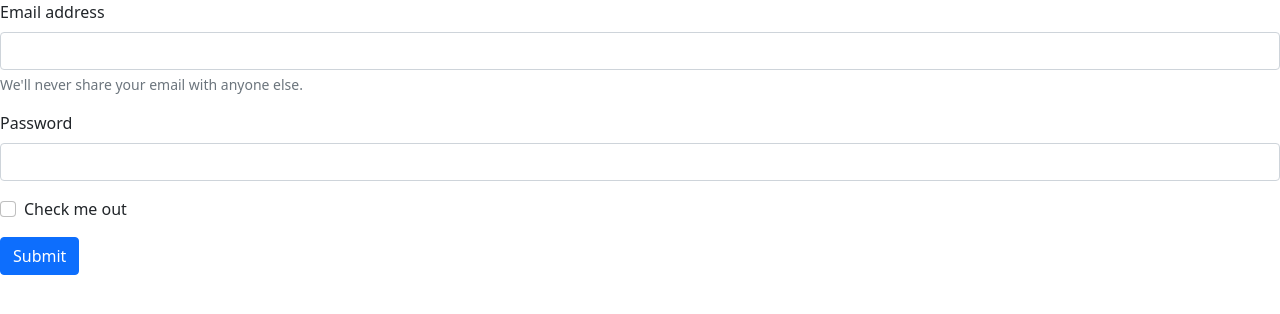
Repository: dilaraozdem1r/BooksApp
Page: /admin
These files come from the project's save history. The page is drawn as it stood at one moment and after the next save; the edit follows.
The browser window is 1280 px wide. The pictures show the whole page.
The page's requests for data from a server got no answer. The project was rebuilt for these pictures with package versions that can differ from the ones it lists, and the page was loaded fresh each time. No one was signed in, and anything a server would have sent is missing. Also part of the build but not shown: src/Components/BookList.js, src/Components/SearchBar.js.

Above is the page before, as saved 2021-08-20 14:20:59.

After the next save:
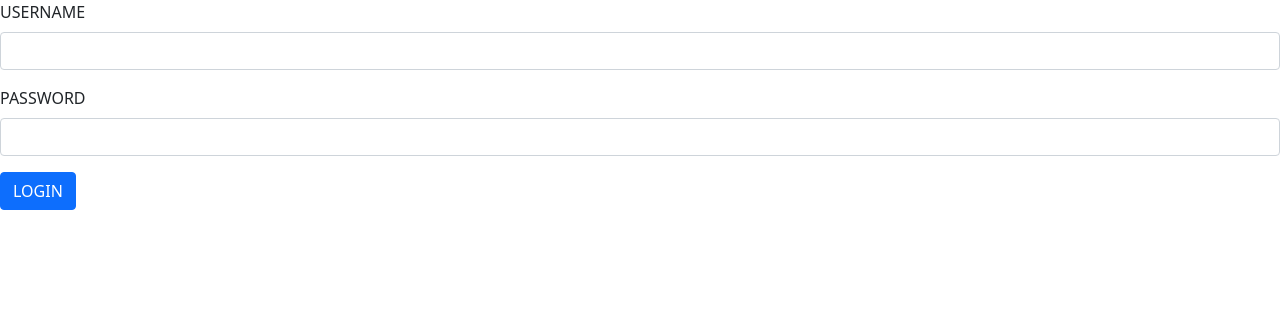
Saved 68 s later.
--- a/src/Components/Admin.js
+++ b/src/Components/Admin.js
@@ -10,19 +10,16 @@ class Admin extends React.Component {
 
                 <form>
   <div class="mb-3">
-    <label for="exampleInputEmail1" class="form-label">Email address</label>
-    <input type="email" class="form-control" id="exampleInputEmail1" aria-describedby="emailHelp"/>
-    <div id="emailHelp" class="form-text">We'll never share your email with anyone else.</div>
+    <label for="exampleInputEmail1" class="form-label">USERNAME</label>
+    <input type="text" class="form-control" id="exampleInputEmail1" aria-describedby="emailHelp"/>
+
   </div>
   <div class="mb-3">
-    <label for="exampleInputPassword1" class="form-label">Password</label>
+    <label for="exampleInputPassword1" class="form-label">PASSWORD</label>
     <input type="password" class="form-control" id="exampleInputPassword1"/>
   </div>
-  <div class="mb-3 form-check">
-    <input type="checkbox" class="form-check-input" id="exampleCheck1"/>
-    <label class="form-check-label" for="exampleCheck1">Check me out</label>
-  </div>
-  <button type="submit" class="btn btn-primary">Submit</button>
+
+  <button type="submit" class="btn btn-primary">LOGIN</button>
 </form>
 
                 </Switch>
